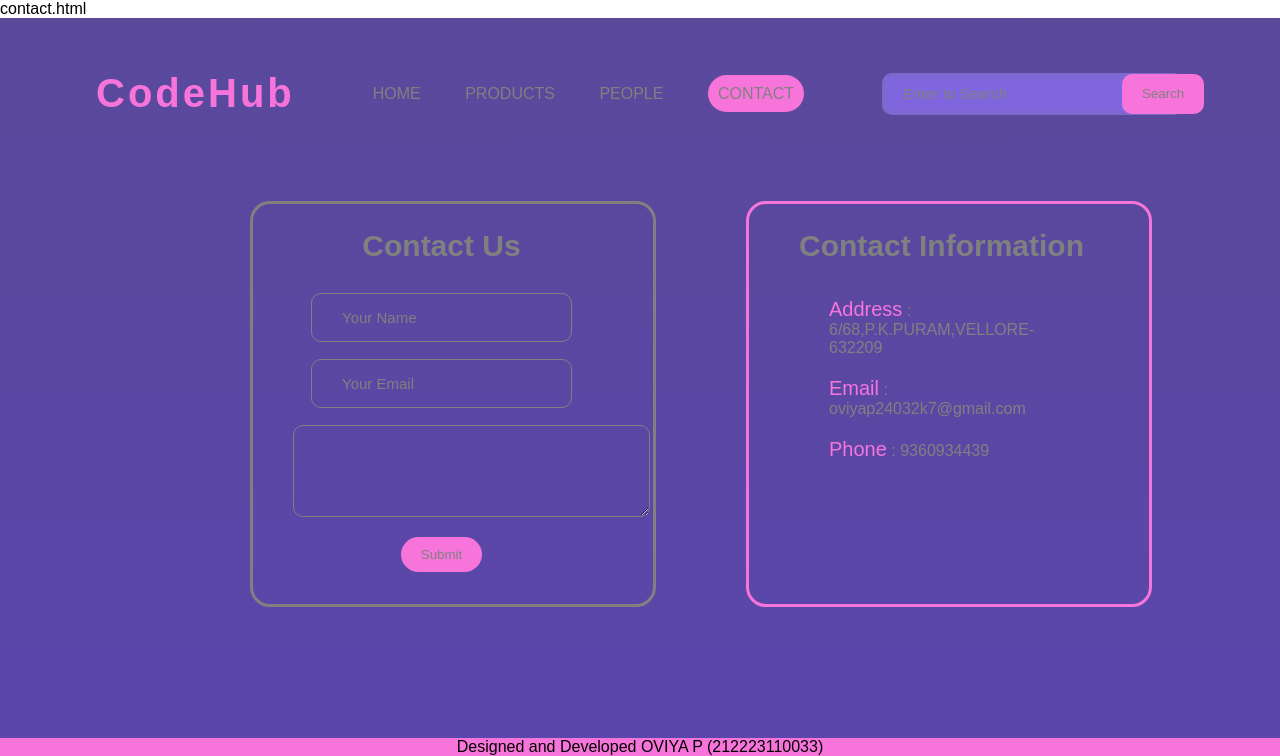
Repository: Oviya24032K6/softweb
Page: oviya/softapp/static/contact.html
The author's editor kept a copy of each file at every save. The page is drawn from the files as they stood at one save, then again after a run of saves.
The browser window is 1280 px wide. The pictures show the whole page.

Above is the page before, as saved 2024-04-23 11:23:38.

After the next 4 saves:
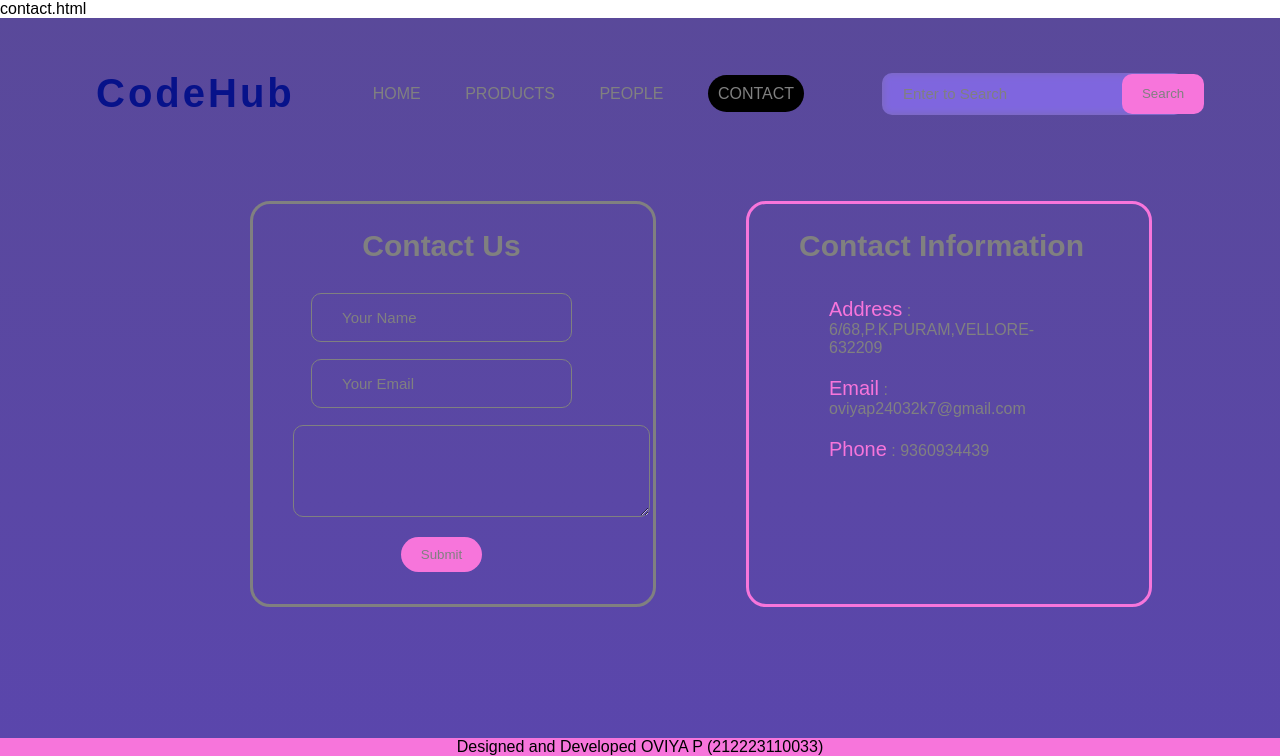
The 4 saves are shown as one change because they came seconds apart.
The last was saved 13 s later.
--- a/oviya/softapp/static/contact.html
+++ b/oviya/softapp/static/contact.html
@@ -30,11 +30,11 @@ contact.html
                 border: 1px;
                 padding: 10px;
                 color: gray;
-                background-color:#f775db;
+                background-color:#000000;
                 border-radius: 30px;
             }
             .logo {
-                color:#f775db;
+                color:#07128a;
                 font-size: 40px;
                 font-weight: 700;
                 letter-spacing: 3px;
